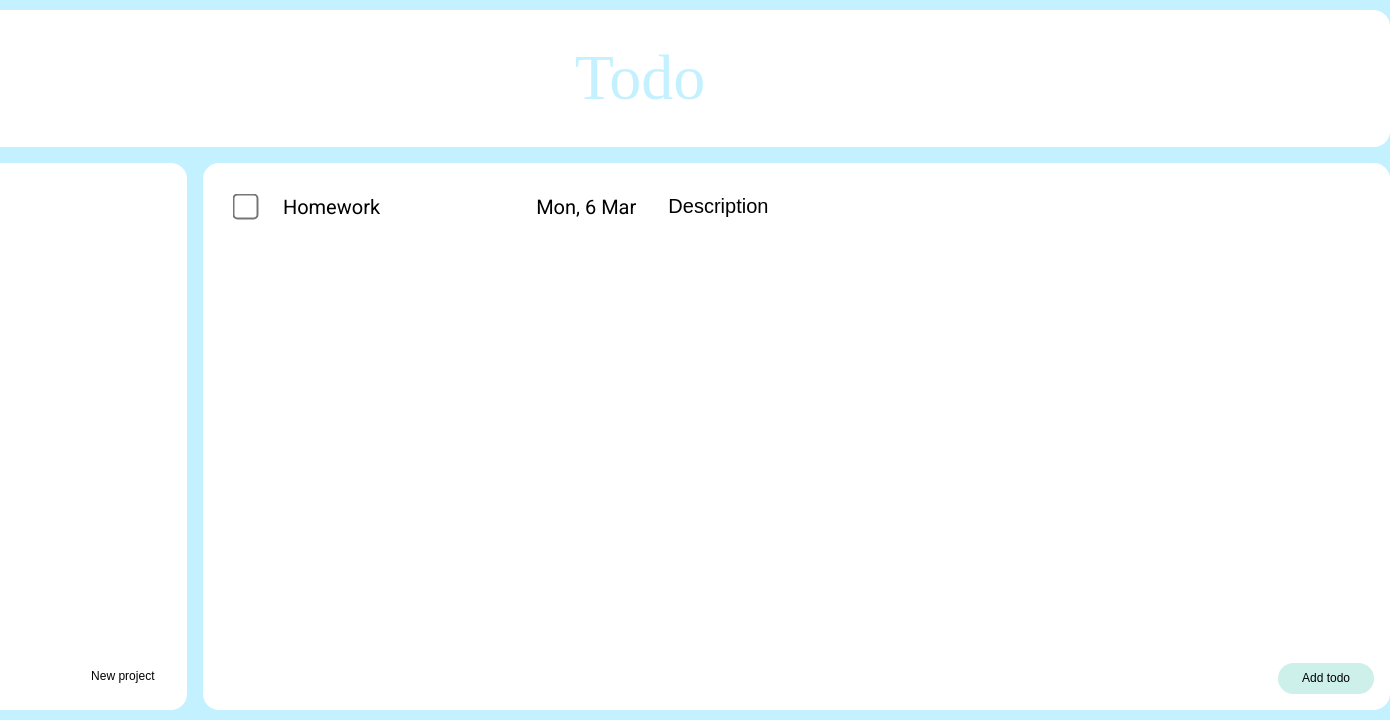
Repository: yeetzpxoci/todo-list
Page: dist/index.html
An editor plug-in stored every save of this project. The page is shown before and after a run of saves, followed by the edit.
The browser window is 1280 px wide. The page is 1390 px wide, so the pictures cover 1390 px, including what lies to the right of the window. The pictures show the whole page.
Some web fonts or font styles are not loaded; a fallback is used.

Above is the page before, as saved 2023-03-07 17:30:25.
Console error: ReferenceError: projectNameSubmit is not defined

### dist/index.html
<!DOCTYPE html>
<html lang="en">
<head>
    <meta charset="UTF-8">
    <meta http-equiv="X-UA-Compatible" content="IE=edge">
    <meta name="viewport" content="width=device-width, initial-scale=1.0">
    <title>Todo List</title>
    <link rel="stylesheet" href="styles.css">
    <link rel="preconnect" href="https://fonts.googleapis.com">
    <link rel="preconnect" href="https://fonts.gstatic.com" crossorigin>
    <link href="https://fonts.googleapis.com/css2?family=Tilt+Warp&display=swap" rel="stylesheet">
    <link href="https://fonts.googleapis.com/css2?family=Roboto&family=Tilt+Warp&display=swap" rel="stylesheet">
</head>
<body>

<script src="main.js"></script>
</body>
</html>

### dist/styles.css
body, html {
    margin:0;
    padding: 0;
}

body {
    min-height: 100vh;
    display: flex;
    flex-direction: column;
    justify-content: center;
    align-items: center;
    font-family: 'Roboto';
    background-color: #c3f1ff;
}

p {
    margin: 0;
    padding: 0;
}

#content {
    width: 1500px;
    height: 700px;
    display: grid;
    grid-template-columns: 1fr 4fr;
    grid-template-rows: 1fr 4fr;
    background-color: #c3f1ff;
    z-index: 0;
    overflow: hidden;
    border-radius: 16px;
    gap: 16px;
}

#header {
    display: flex;
    justify-content: center;
    align-items: center;
    background-color: white;
    font-size: 64px;
    font-family: 'Tilt Warp', cursive;
    grid-column: 1 / 3;
    grid-row: 1 / 2;
    z-index: 1;
    border-radius: 16px;
}

#header p {
    margin: 24px;
    padding: 0;
    color: #c3f1ff;
}

#sidebar {
    display: flex;
    flex-direction: column;
    background-color: white;
    grid-column: 1 / 2;
    grid-row: 2 / 3;
    z-index: -1;
    padding-left: 24px;
    padding-top: 24px;
    border-radius: 16px;
}

#projects-div {
    display: flex;
    flex-direction: column;
    width: 100%;
}

#add-project {
    align-self: flex-end;
    border-radius: 16px;
    border-width: 0;
    height: 36px;
    width: 96px;
    font-size: 12px;
    margin-top: auto;
    margin-right: 16px;
    margin-bottom: 16px;
    background-color: white;
    cursor: pointer;
}

#add-todo {
    align-self: flex-end;
    border-radius: 16px;
    border-width: 0;
    height: 36px;
    width: 96px;
    font-size: 12px;
    margin-top: auto;
    margin-bottom: 16px;
    margin-right: 16px;
    background-color: #CDF0EA;
    cursor: pointer;
}

.project-name {
    font-size: 32px;
    font-weight: bold;
    cursor: pointer;
}

#todos-wrapper {
    display: flex;
    flex-direction: column;
    gap: 16px;
    background-color: white;
    border-radius: 16px;
}

#todos {
    height: 100%;
    display: grid;
    grid-template-columns: 1fr 1fr;
    grid-auto-rows: 20%;
    column-gap: 16px;
    padding-left: 16px;
    padding-right: 16px;
    margin-top: 16px;
    overflow: scroll;
}

.todo, .todo-high, .todo-medium, .todo-low {
    display: flex;
    justify-content: space-between;
    align-items: center;
    height: 60%;
    border-radius: 16px;
    padding-left: 16px;
    padding-right: 16px;
    font-size: 20px;
}

.todo-high {
    background-color: #FFCBCB;
}

.todo-medium {
    background-color: #FFFDDE;
}

.todo-low {
    background-color: #E7FBBE;
}

.due {
    padding-left: 128px;
}

.checkbox {
    transform: scale(2);
}

.description {
    background-color: #caf1ff;
    border-radius: 16px;
    border-width: 0px;
    font-size: 20px;
    padding: 4px;
    cursor: pointer;
    background-color: transparent;
}

#description-div {
    display: none;
    flex-direction: column;
    flex-wrap: wrap;
    background-color: #F9F9F9;
    width: 25%;
    height: 40%;
    border-radius: 16px;
    padding: 16px;
    position: absolute;
    margin-left: auto;
    margin-right: auto;
    left: 0;
    right: 0;
    z-index: 2;
    box-shadow: 0 0 0 1600px rgba(0, 0, 0, 0.65);
}

#description-text {
    justify-content: baseline;
}

#close-button {
    margin-top: -8px;
    margin-right: -8px;
    font-weight: bold;
    width: 24px;
    height: 24px;
    align-self: flex-end;
    background-color: transparent;
    border: transparent;
    cursor: pointer;
}

#new-project-form {
    display: none;
    flex-direction: column;
    align-items: center;
    gap: 8px;
    flex-wrap: wrap;
    background-color: #F9F9F9;
    width: 20%;
    height: 10%;
    border-radius: 16px;
    padding: 16px;
    position: absolute;
    margin-left: auto;
    margin-right: auto;
    left: 0;
    right: 0;
    top: 256px;
    z-index: 2;
    box-shadow: 0 0 0 1600px rgba(0, 0, 0, 0.65);
}

#new-todo-form {
    display: none;
    flex-direction: column;
    align-items: center;
    gap: 8px;
    flex-wrap: wrap;
    background-color: #F9F9F9;
    width: 20%;
    height: 20%;
    border-radius: 16px;
    padding: 16px;
    position: absolute;
    margin-left: auto;
    margin-right: auto;
    left: 0;
    right: 0;
    top: 256px;
    z-index: 2;
    box-shadow: 0 0 0 1600px rgba(0, 0, 0, 0.65);
}

### dist/main.js
(()=>{"use strict";let e=[];function t(e){return{name:e,todos:[]}}let n=t("Default");function o(){for(let e=0;e<projects.length;e++){const t=document.createElement("p");t.className="project-name",t.innerHTML=projects[e].name,sidebarDiv.append(t)}}function c(){sidebarDiv.innerHTML=""}n.todos.push({title:"Homework",description:"Networks and Security bTCP Homework",dueDate:"Mon, 6 Mar",priority:"High"}),e.push(n),function(e){const t=document.createElement("div");t.id="content";const n=document.createElement("div");n.id="header";const d=document.createElement("p");d.innerHTML="Todo",n.append(d);const i=document.createElement("div");i.id="sidebar";const a=document.createElement("button");a.id="add-project",a.innerHTML="New project",a.addEventListener("click",(function(){document.getElementById("new-project-form").style.display="flex"})),i.append(a);const s=document.createElement("div");s.id="todos-wrapper";const r=document.createElement("div");r.id="todos";const m=document.createElement("button");m.id="add-todo",m.innerHTML="Add todo",s.append(r,m);const l=document.createElement("button");l.id="close-button",l.innerHTML="X",l.addEventListener("click",(function(){this.parentElement.style.display="none"}));for(let t=0;t<e[0].todos.length;t++){const n=document.createElement("div");n.className="todo";const o=document.createElement("input");o.className="checkbox",o.type="checkbox";const c=document.createElement("p");c.innerHTML=e[0].todos[t].title,c.className="todo-name";const d=document.createElement("p");d.innerHTML=e[0].todos[t].dueDate,d.className="due";const i=document.createElement("p");i.id="description-text",i.innerHTML=e[0].todos[t].description;const a=l.cloneNode(!0);a.addEventListener("click",(function(){this.parentElement.style.display="none"}));const s=document.createElement("div");s.id="description-div",s.append(a,i);const m=document.createElement("button");m.innerHTML="Description",m.className="description",m.addEventListener("click",(function(){this.previousElementSibling.style.display="flex"})),n.append(o,c,d,s,m),r.append(n)}const p=document.createElement("form");p.id="new-project-form",p.onsubmit=function(e){e.preventDefault()};const u=document.createElement("input");u.id="project-name-input",u.type="text",u.placeholder="Project name";const E=document.createElement("input");E.type="submit",E.value="Add project",E.addEventListener("click",(function(){c(),o(),this.parentElement.style.display="none"})),p.append(l,u,E),t.append(n,i,s,p),document.body.appendChild(t)}(e),projectNameSubmit.addEventListener("click",(function(){!function(n){let o=t(document.getElementById("project-name-input").value);e.push(o)}(),sidebarDiv.innerHTML="",function(){for(let t=0;t<e.length;t++){const n=document.createElement("p");n.className="project-name",n.innerHTML=e[t].name,sidebarDiv.append(n)}}(),this.parentElement.style.display="none"}))})();

After the next 2 saves:
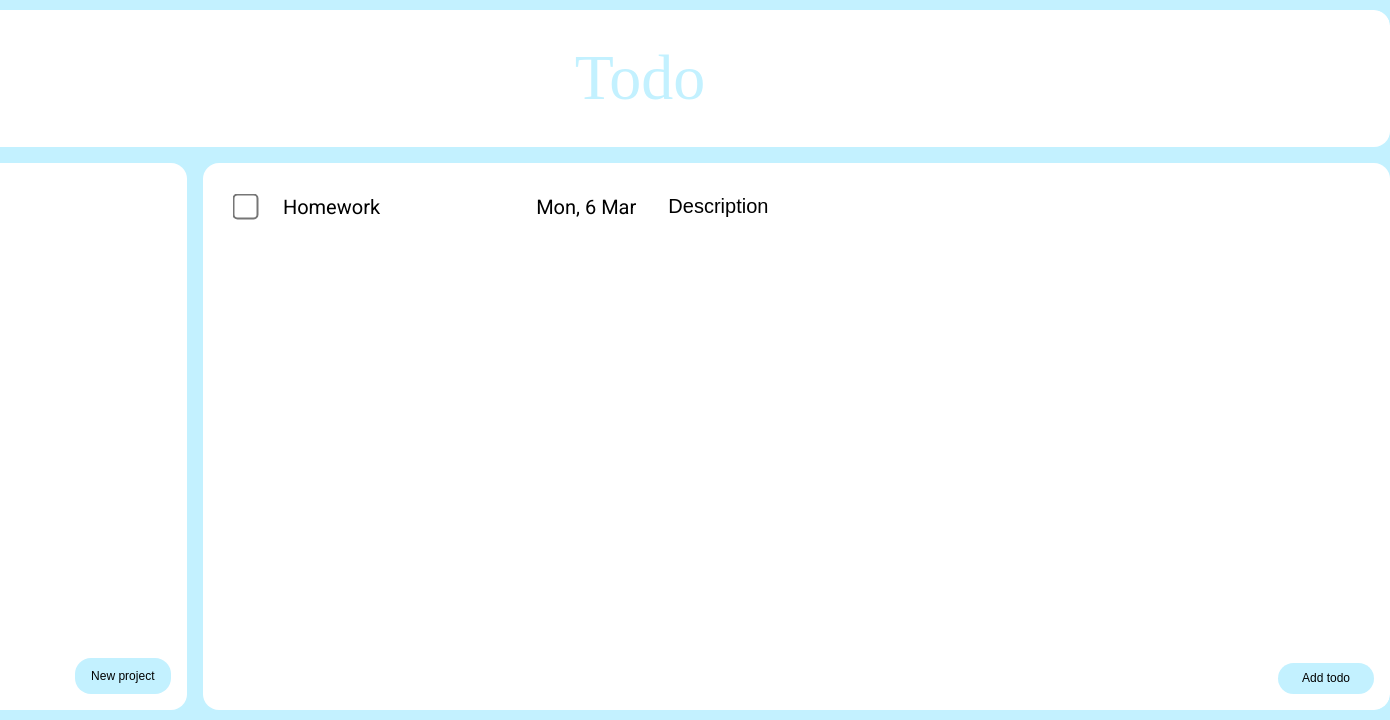
The 2 saves are shown as one change because they came seconds apart.
The last was saved 30 s later.
--- a/dist/styles.css
+++ b/dist/styles.css
@@ -78,7 +78,7 @@ p {
     margin-top: auto;
     margin-right: 16px;
     margin-bottom: 16px;
-    background-color: white;
+    background-color: #c3f1ff;
     cursor: pointer;
 }
 
@@ -92,7 +92,7 @@ p {
     margin-top: auto;
     margin-bottom: 16px;
     margin-right: 16px;
-    background-color: #CDF0EA;
+    background-color: #c3f1ff;
     cursor: pointer;
 }
 
